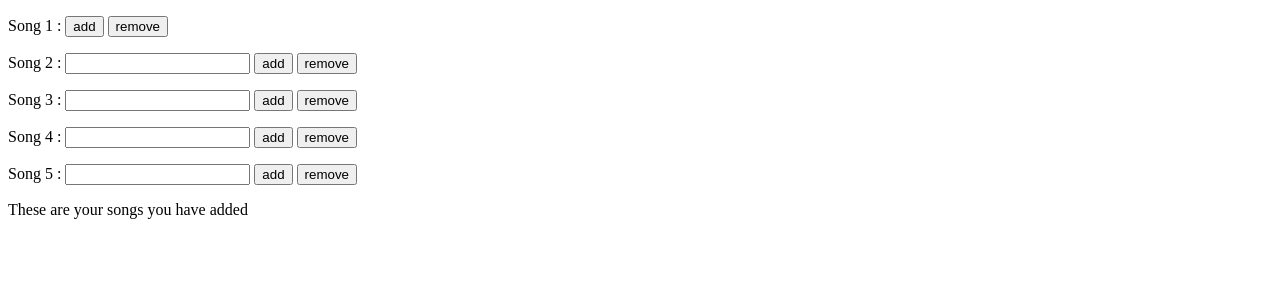
Repository: Kushal18/referesher_assignment1
Page: Html5/WebContent/localStorage.html
An editor plug-in stored every save of this project. The page is shown before and after the next save, followed by the edit.
The browser window is 1280 px wide. The pictures show the whole page.

Above is the page before, as saved 2016-09-17 10:47:03.

### Html5/WebContent/localStorage.html
<!DOCTYPE html>
<html>
<title>
My Music Play List
</title>
<body>
<p>Song 1 :  <input type = "button" value="add" onclick="song1()" >
<input type = "button" value="remove" onclick="song1()" ></p>
<p>Song 2 : <input type="text" id="song1"> <input type = "button" value="add" >
<input type = "button" value="remove" ></p>
<p>Song 3 : <input type="text" id="song1"> <input type = "button" value="add" >
<input type = "button" value="remove" ></p>
<p>Song 4 : <input type="text" id="song1"> <input type = "button" value="add" >
<input type = "button" value="remove" ></p>
<p>Song 5 : <input type="text" id="song1"> <input type = "button" value="add" >
<input type = "button" value="remove" ></p>
<p>These are your songs you have added</p>
<p id = 'demo'></p>
<Script>
function song1(){
	var value = document.getElementById("add");
	if(document.getElementById == add){
		document.getElementById("demo").innerHTML  = "Song1";
	}
	else {
		document.getElementById("demo").innerHTML  = "";

	}

}


</Script>


</body>
</html>

After the next save:
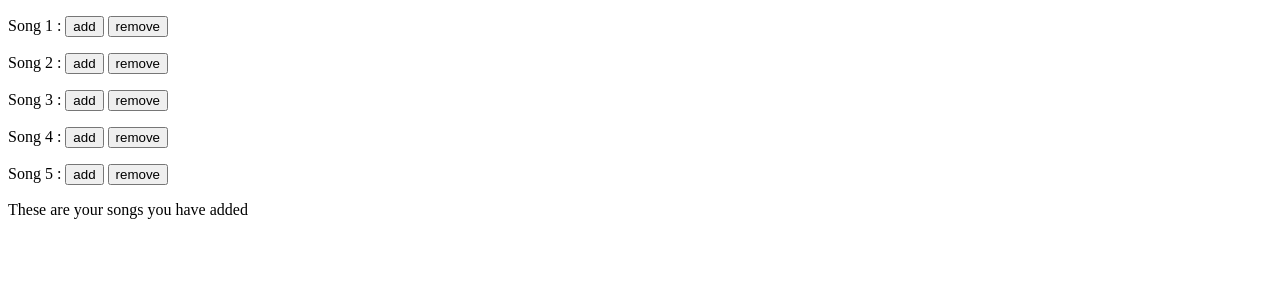
Saved 95 s later.
--- a/Html5/WebContent/localStorage.html
+++ b/Html5/WebContent/localStorage.html
@@ -6,13 +6,13 @@ My Music Play List
 <body>
 <p>Song 1 :  <input type = "button" value="add" onclick="song1()" >
 <input type = "button" value="remove" onclick="song1()" ></p>
-<p>Song 2 : <input type="text" id="song1"> <input type = "button" value="add" >
+<p>Song 2 :  <input type = "button" value="add" >
 <input type = "button" value="remove" ></p>
-<p>Song 3 : <input type="text" id="song1"> <input type = "button" value="add" >
+<p>Song 3 : <input type = "button" value="add" >
 <input type = "button" value="remove" ></p>
-<p>Song 4 : <input type="text" id="song1"> <input type = "button" value="add" >
+<p>Song 4 : <input type = "button" value="add" >
 <input type = "button" value="remove" ></p>
-<p>Song 5 : <input type="text" id="song1"> <input type = "button" value="add" >
+<p>Song 5 :  <input type = "button" value="add" >
 <input type = "button" value="remove" ></p>
 <p>These are your songs you have added</p>
 <p id = 'demo'></p>
